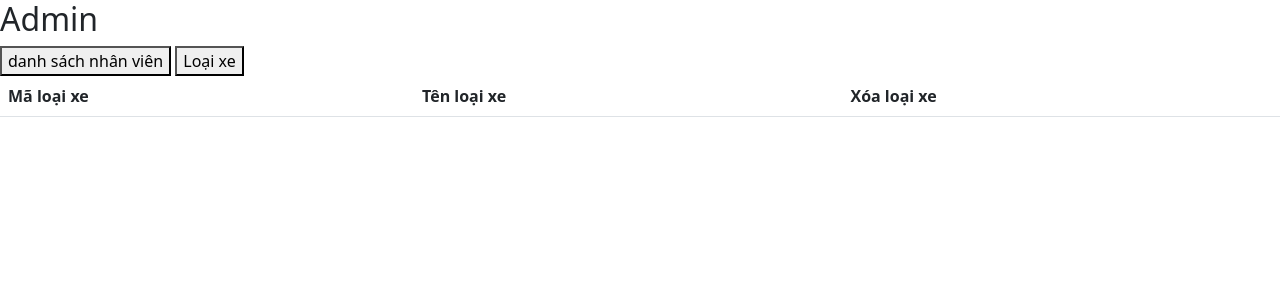
Repository: QuanghuyK1/CNPM
Page: http://localhost/CNPM/WEB-INF/views/LoaiXe/danhsach.jsp
The author's editor kept a copy of each file at every save. The page is drawn from the files as they stood at one save, then again after the next save.
The browser window is 1280 px wide. The pictures show the whole page.
The page is served by Tomcat 9. Nobody is signed in. Other server files are loaded and not shown. The template is opened directly, without the code that normally fills it, so the values that code supplies are empty.

Above is the page before, as saved 2022-04-22 02:54:57.

### CNPM-main/WebXeKhach/CNPM/src/main/webapp/WEB-INF/views/LoaiXe/danhsach.jsp
<%@ page language="java" contentType="text/html; charset=utf-8"
    pageEncoding="utf-8"%>
<%@ taglib uri="http://java.sun.com/jsp/jstl/core" prefix="c"%>
<!DOCTYPE html>
<html>
<head>
<meta charset="utf-8">
<title>Insert title here</title>
<link
	href="https://cdn.jsdelivr.net/npm/bootstrap@5.1.3/dist/css/bootstrap.min.css"
	rel="stylesheet"
	integrity="sha384-1BmE4kWBq78iYhFldvKuhfTAU6auU8tT94WrHftjDbrCEXSU1oBoqyl2QvZ6jIW3"
	crossorigin="anonymous">
</head>
<body>
	<h2>Admin</h2>
	<a href="danhsach.htm"><button id="showds">danh sách nhân
			viên</button></a>
	<a href = "admin/loaixe.htm"><button>Loại xe</button></a>
	<table class="table">
	<thead>
			<tr>
				<th scope="col">Mã loại xe</th>
				<th scope="col">Tên loại xe</th>
				<th scope="col">Xóa loại xe</th>
			</tr>
		</thead>
		<tbody>
			<c:forEach items="${list}" var="i">
				<c:if test="${i.trangthai == true }">
					<tr>
						<th><a href="loaixe/${i.maLX}.htm">${i.maLX }</a></th>
						<th>${i.tenLX}</th>
						<th>
							<form action="loaixe/${i.maLX}.htm"><button name = "delNV">Xóa </button></form>
						</th>
					</tr>
				</c:if>
			</c:forEach>
		</tbody>
	</table>
</body>
</html>

After the next save:
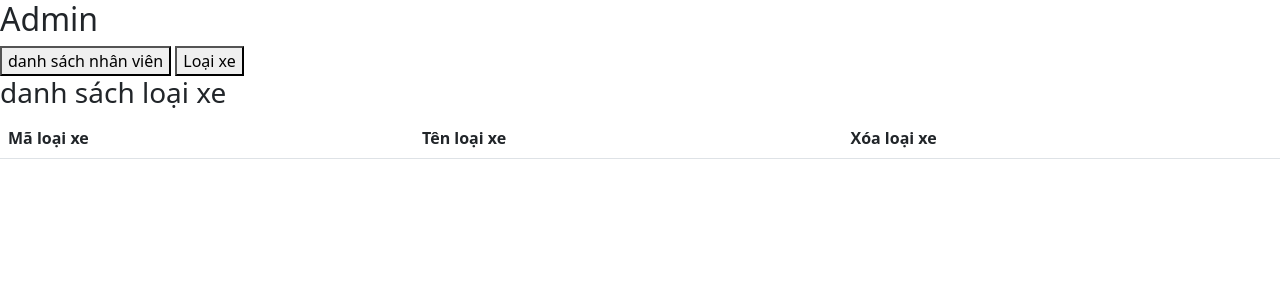
Saved 42 s later.
--- a/CNPM-main/WebXeKhach/CNPM/src/main/webapp/WEB-INF/views/LoaiXe/danhsach.jsp
+++ b/CNPM-main/WebXeKhach/CNPM/src/main/webapp/WEB-INF/views/LoaiXe/danhsach.jsp
@@ -17,6 +17,7 @@
 	<a href="danhsach.htm"><button id="showds">danh sách nhân
 			viên</button></a>
 	<a href = "admin/loaixe.htm"><button>Loại xe</button></a>
+	<h3>danh sách loại xe</h3>
 	<table class="table">
 	<thead>
 			<tr>
